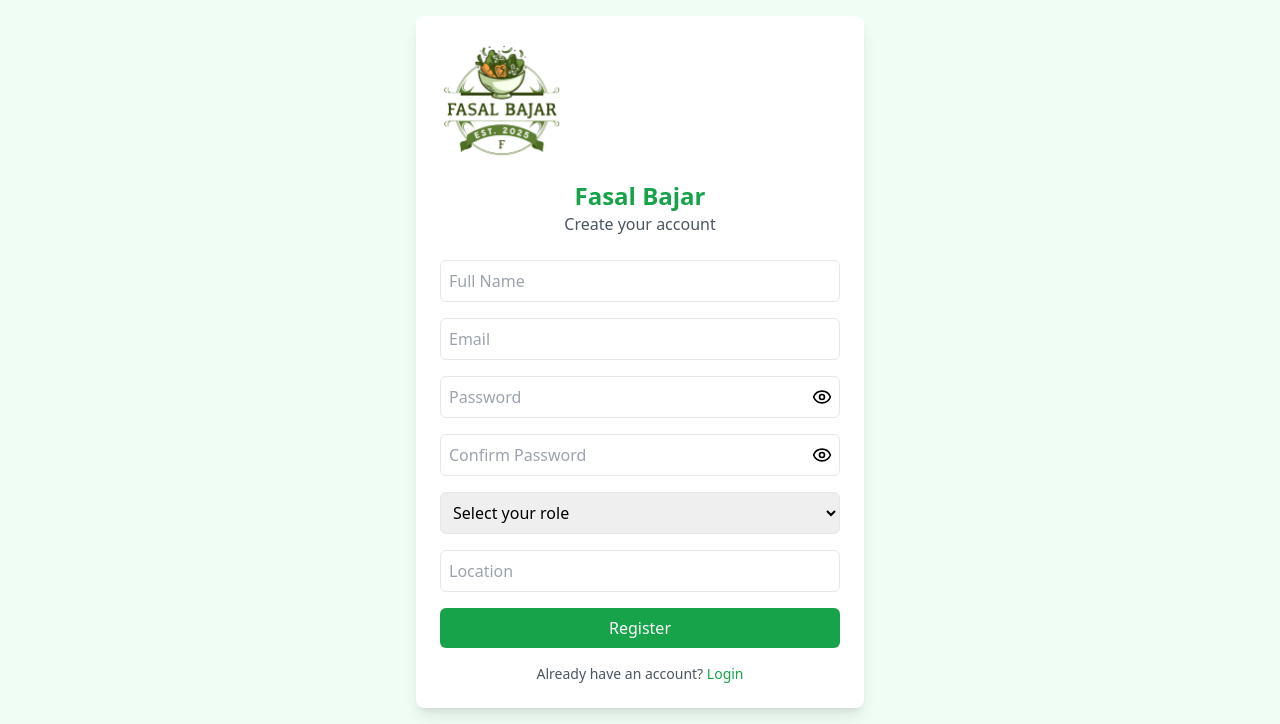
Repository: Dineshbhandari2023/FYP_Fasal_Bajar
Page: /register (app in Client/)
An editor plug-in stored every save of this project. The page is shown before and after the next save, followed by the edit.
The browser window is 1280 px wide. The pictures show the whole page.
The project was rebuilt for these pictures with package versions that can differ from the ones it lists, and the page was loaded fresh each time. Also part of the build but not shown: Client/vite.config.js, Client/src/Authentication/logIn.jsx, Client/src/Dashboard/dashboard.jsx.

Above is the page before, as saved 2025-02-17 19:51:22.

### Client/index.html
<!DOCTYPE html>
<html lang="en">
  <head>
    <meta charset="UTF-8" />
    <link rel="icon" type="image/svg+xml" href="/vite.svg" />
    <meta name="viewport" content="width=device-width, initial-scale=1.0" />
    <title>Vite + React</title>
    <style>
      @import url("https://fonts.googleapis.com/css2?family=Montserrat:ital@0;1&display=swap");
    </style>
  </head>
  <body>
    <div id="root"></div>
    <script type="module" src="/src/main.jsx"></script>
  </body>
</html>

### Client/src/App.jsx
import React from "react";
import { BrowserRouter as Router, Routes, Route } from "react-router-dom";
import Login from "./Authentication/Login";
import Dashboard from "./Dashboard/dashboard";
import Register from "./Authentication/Register";
// import Home from "./Home/home";

const App = () => {
  return (
    <Router>
      <div>
        <Routes>
          <Route path="/" element={<Dashboard />} />
          <Route path="/login" element={<Login />} />
          <Route path="/register" element={<Register />} />
          {/* <Route path="/dashboard" element={<Home />} /> */}
        </Routes>
      </div>
    </Router>
  );
};

export default App;

### Client/src/Authentication/Register.jsx
import React, { useState } from "react";
import { Eye, EyeOff } from "lucide-react";
import axios from "axios";
import { useNavigate } from "react-router-dom";
import logo from "../Assets/auth_logo.png";

const Register = () => {
  const [formData, setFormData] = useState({
    fullName: "",
    email: "",
    password: "",
    confirmPassword: "",
    role: "",
    location: "",
  });
  const [errors, setErrors] = useState({});
  const [showPassword, setShowPassword] = useState(false);
  const [showConfirmPassword, setShowConfirmPassword] = useState(false);
  const navigate = useNavigate();

  const validateForm = () => {
    const newErrors = {};
    if (!formData.fullName.trim()) newErrors.fullName = "Full name is required";
    const emailRegex = /^[^\s@]+@[^\s@]+\.[^\s@]+$/;
    if (!formData.email) newErrors.email = "Email is required";
    else if (!emailRegex.test(formData.email))
      newErrors.email = "Invalid email";
    if (!formData.password) newErrors.password = "Password is required";
    else if (formData.password.length < 8)
      newErrors.password = "Password must be at least 8 characters";
    if (!formData.confirmPassword)
      newErrors.confirmPassword = "Please confirm your password";
    else if (formData.password !== formData.confirmPassword)
      newErrors.confirmPassword = "Passwords do not match";
    if (!formData.role) newErrors.role = "Please select a role";
    if (!formData.location.trim()) newErrors.location = "Location is required";

    setErrors(newErrors);
    return Object.keys(newErrors).length === 0;
  };

  const handleChange = (e) => {
    const { name, value } = e.target;
    setFormData((prev) => ({ ...prev, [name]: value }));
    if (errors[name]) setErrors((prev) => ({ ...prev, [name]: "" }));
  };

  const handleSubmit = async (e) => {
    e.preventDefault();
    if (!validateForm()) return;

    try {
      const response = await axios.post(
        "http://localhost:8000/register",
        formData,
        {
          headers: { "Content-Type": "application/json" },
        }
      );
      if (response.status === 201) {
        alert("User registered successfully!");
        navigate("/login");
      }
    } catch (error) {
      setErrors({
        apiError:
          error.response?.data?.message ||
          "Registration failed. Try again later.",
      });
    }
  };

  return (
    <div className="min-h-screen bg-green-50 flex items-center justify-center p-4">
      <div className="bg-white rounded-lg shadow-lg p-6 w-full max-w-md">
        <div className="text-green-600 mb-3 h-32 w-32">
          <img src={logo} alt="fasal_Bajar logo" />
        </div>
        <h1 className="text-2xl font-semibold text-green-600 text-center">
          Fasal Bajar
        </h1>
        <p className="text-gray-600 text-center mb-6">Create your account</p>
        <form onSubmit={handleSubmit} className="space-y-4">
          <input
            type="text"
            name="fullName"
            value={formData.fullName}
            onChange={handleChange}
            placeholder="Full Name"
            className="w-full p-2 border rounded-md"
          />
          {errors.fullName && (
            <p className="text-red-500 text-xs">{errors.fullName}</p>
          )}
          <input
            type="email"
            name="email"
            value={formData.email}
            onChange={handleChange}
            placeholder="Email"
            className="w-full p-2 border rounded-md"
          />
          {errors.email && (
            <p className="text-red-500 text-xs">{errors.email}</p>
          )}
          <div className="relative">
            <input
              type={showPassword ? "text" : "password"}
              name="password"
              value={formData.password}
              onChange={handleChange}
              placeholder="Password"
              className="w-full p-2 border rounded-md"
            />
            <button
              type="button"
              onClick={() => setShowPassword(!showPassword)}
              className="absolute right-2 top-1/2 transform -translate-y-1/2"
            >
              {showPassword ? <EyeOff size={20} /> : <Eye size={20} />}
            </button>
          </div>
          {errors.password && (
            <p className="text-red-500 text-xs">{errors.password}</p>
          )}
          <div className="relative">
            <input
              type={showConfirmPassword ? "text" : "password"}
              name="confirmPassword"
              value={formData.confirmPassword}
              onChange={handleChange}
              placeholder="Confirm Password"
              className="w-full p-2 border rounded-md"
            />
            <button
              type="button"
              onClick={() => setShowConfirmPassword(!showConfirmPassword)}
              className="absolute right-2 top-1/2 transform -translate-y-1/2"
            >
              {showConfirmPassword ? <EyeOff size={20} /> : <Eye size={20} />}
            </button>
          </div>
          {errors.confirmPassword && (
            <p className="text-red-500 text-xs">{errors.confirmPassword}</p>
          )}
          <select
            name="role"
            value={formData.role}
            onChange={handleChange}
            className="w-full p-2 border rounded-md"
          >
            <option value="">Select your role</option>
            <option value="Farmer">Farmer</option>
            <option value="Buyer">Buyer</option>
          </select>
          {errors.role && <p className="text-red-500 text-xs">{errors.role}</p>}
          <input
            type="text"
            name="location"
            value={formData.location}
            onChange={handleChange}
            placeholder="Location"
            className="w-full p-2 border rounded-md"
          />
          {errors.location && (
            <p className="text-red-500 text-xs">{errors.location}</p>
          )}
          {errors.apiError && (
            <p className="text-red-500 text-xs">{errors.apiError}</p>
          )}
          <button
            type="submit"
            className="w-full bg-green-600 text-white py-2 rounded-md hover:bg-green-700"
          >
            Register
          </button>
        </form>
        <p className="text-center mt-4 text-sm text-gray-600">
          Already have an account?{" "}
          <a href="/login" className="text-green-600 hover:text-green-700">
            Login
          </a>
        </p>
      </div>
    </div>
  );
};

export default Register;

Loaded but not shown: Client/src/main.jsx (common file); Client/src/index.css (common file); Client/tailwind.config.js (common file)

After the next save:
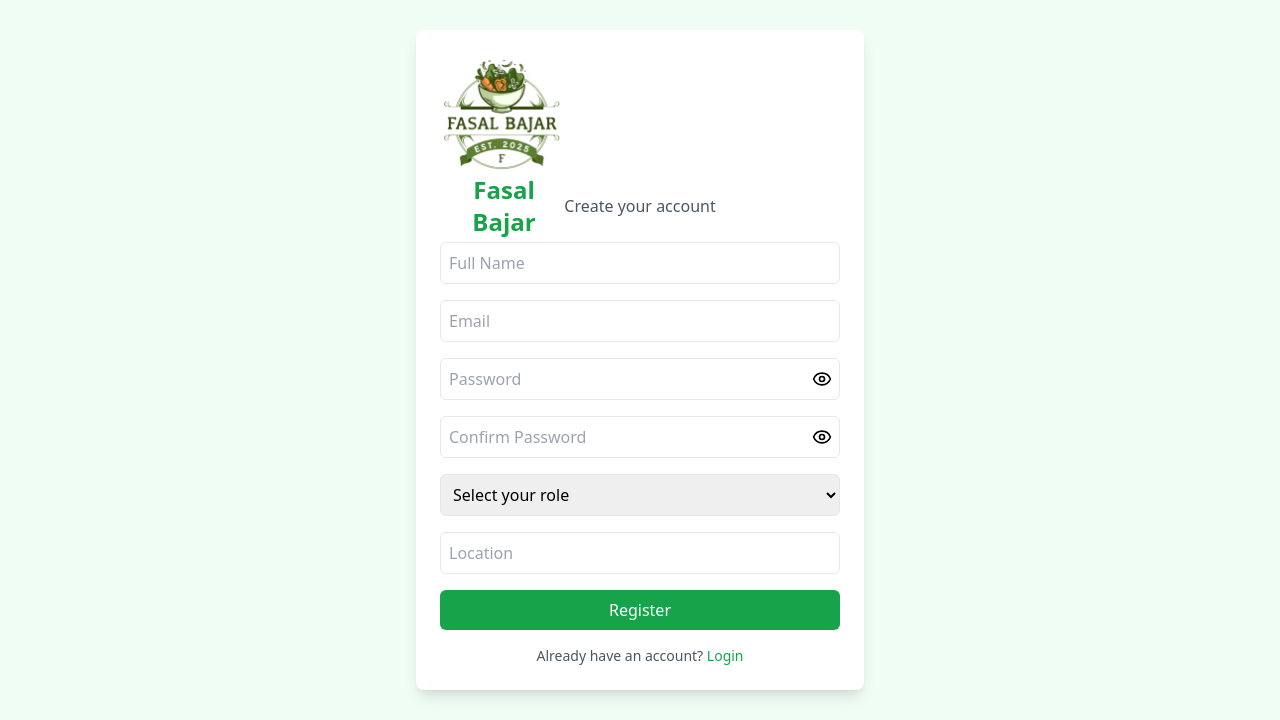
Saved 25 s later.
--- a/Client/src/Authentication/Register.jsx
+++ b/Client/src/Authentication/Register.jsx
@@ -75,10 +75,10 @@
       <div className="bg-white rounded-lg shadow-lg p-6 w-full max-w-md">
         <div className="text-green-600 mb-3 h-32 w-32">
           <img src={logo} alt="fasal_Bajar logo" />
+          <h1 className="text-2xl font-semibold text-green-600 text-center">
+            Fasal Bajar
+          </h1>
         </div>
-        <h1 className="text-2xl font-semibold text-green-600 text-center">
-          Fasal Bajar
-        </h1>
         <p className="text-gray-600 text-center mb-6">Create your account</p>
         <form onSubmit={handleSubmit} className="space-y-4">
           <input

After the save that followed:
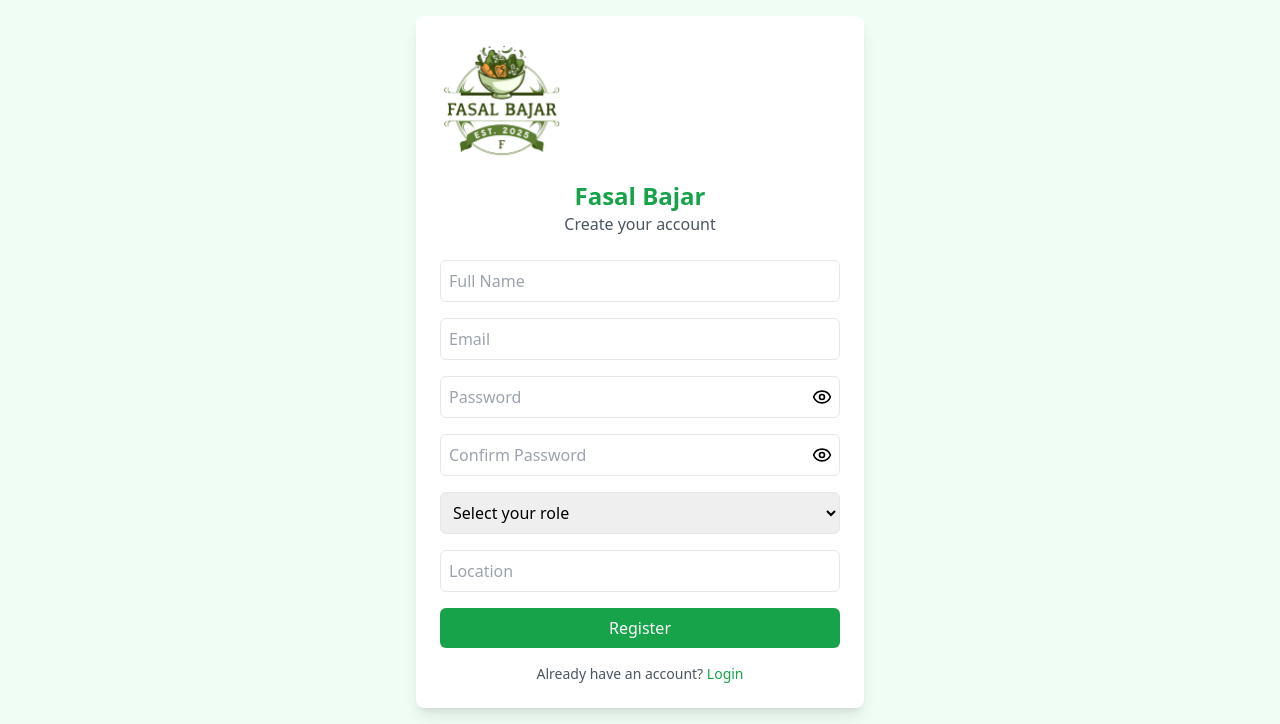
Saved 4 s later.
--- a/Client/src/Authentication/Register.jsx
+++ b/Client/src/Authentication/Register.jsx
@@ -75,10 +75,10 @@
       <div className="bg-white rounded-lg shadow-lg p-6 w-full max-w-md">
         <div className="text-green-600 mb-3 h-32 w-32">
           <img src={logo} alt="fasal_Bajar logo" />
-          <h1 className="text-2xl font-semibold text-green-600 text-center">
-            Fasal Bajar
-          </h1>
         </div>
+        <h1 className="text-2xl font-semibold text-green-600 text-center">
+          Fasal Bajar
+        </h1>
         <p className="text-gray-600 text-center mb-6">Create your account</p>
         <form onSubmit={handleSubmit} className="space-y-4">
           <input
